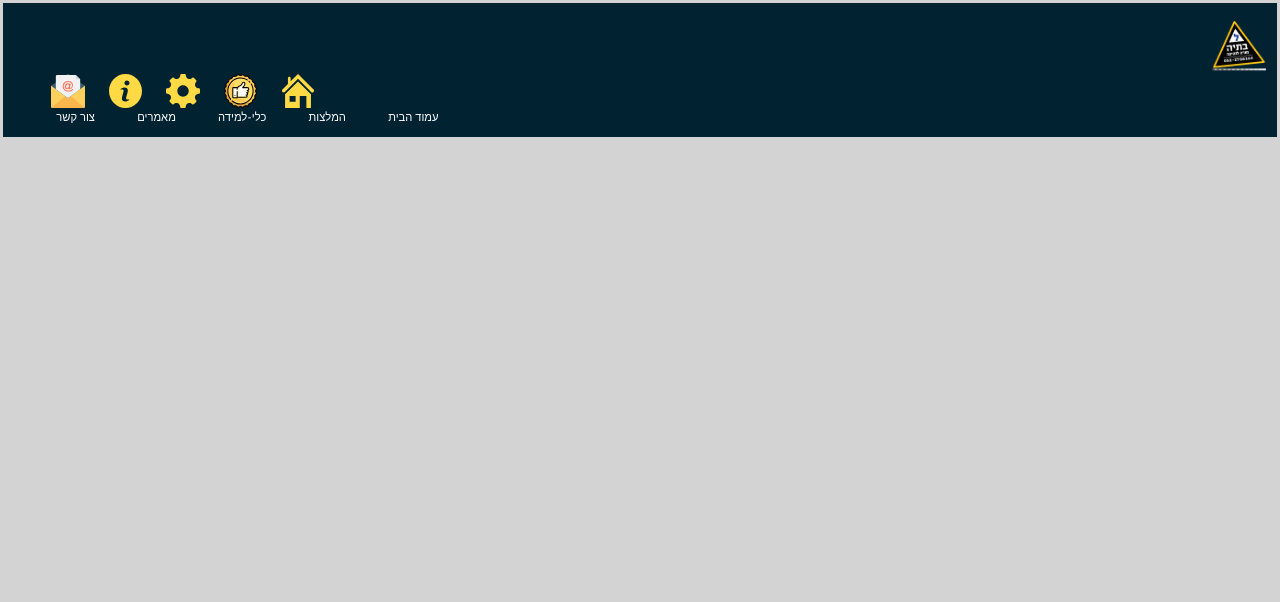
Repository: ChenGinsberg/BatyaLamed-site
Page: tools.html
The author's editor kept a copy of each file at every save. The page is drawn from the files as they stood at one save, then again after the next save.
The browser window is 1280 px wide. The pictures show the whole page.
Some web libraries are served in a nearby version.

Above is the page before, as saved 2017-11-15 13:48:18.

After the next save:
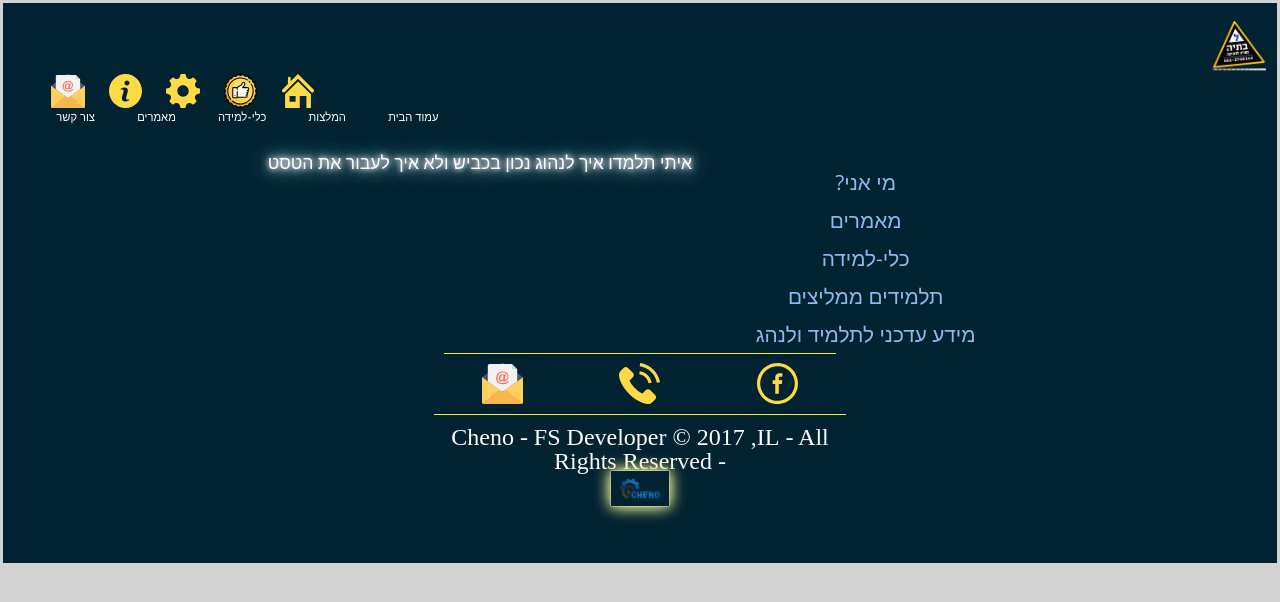
Saved 26 s later.
--- a/tools.html
+++ b/tools.html
@@ -46,4 +46,52 @@
         <span class="nav-iconn">מאמרים</span>
         <span class="nav-iconn">צור קשר</span>
     </nav>
+
+    <!-- FOOTER -->
+    <footer class="flex-rw">
+        <p class="footer-quate">איתי תלמדו איך לנהוג נכון בכביש ולא איך לעבור את הטסט</p>
+
+        <ul class="footer-list-top">
+
+            <li>
+                <a href='/shop/about-mission' class="generic-anchor footer-list-anchor" itemprop="significantLink">?מי אני</a>
+            </li>
+            <li>
+                <a href='/promos.html' class="generic-anchor footer-list-anchor" itemprop="significantLink">מאמרים</a>
+            </li>
+            <li>
+                <a href='/retailers/new-retailers.html' class="generic-anchor footer-list-anchor" itemprop="significantLink">כלי-למידה</a>
+            </li>
+
+            <li>
+                <a href='/job-openings.html' itemprop="significantLink" class="generic-anchor footer-list-anchor">תלמידים ממליצים</a>
+            </li>
+
+            <li>
+                <a href='/shop/about-show-schedule' class="generic-anchor footer-list-anchor" itemprop="significantLink">מידע עדכני לתלמיד ולנהג</a>
+            </li>
+        </ul>
+        <ul class="footer-list-top">
+            <li>
+                <section class="footer-social-section flex-rw">
+                    <img src="image/email.svg" class="footer-svg">
+                    <img src="image/telephone.svg" class="footer-svg">
+                    <img src="image/social-facebook-circular-button.svg" class="footer-svg">
+
+                </section>
+                <section class="footer-bottom-section flex-rw">
+                    <div class="footer-bottom-wrapper">
+                        <i class="fa fa-copyright" role="copyright">
+
+                        </i> Cheno - FS Developer © 2017
+                        <address class="footer-address" role="company address"> ,IL</address>
+                        <span class="footer-bottom-rights"> - All Rights Reserved - </span>
+                    </div>
+                    <div class="footer-bottom-wrapper">
+
+                        <img src="/image/Chenologo.png" class="chen-icon">
+
+                    </div>
+                </section>
+    </footer>
 </body>
